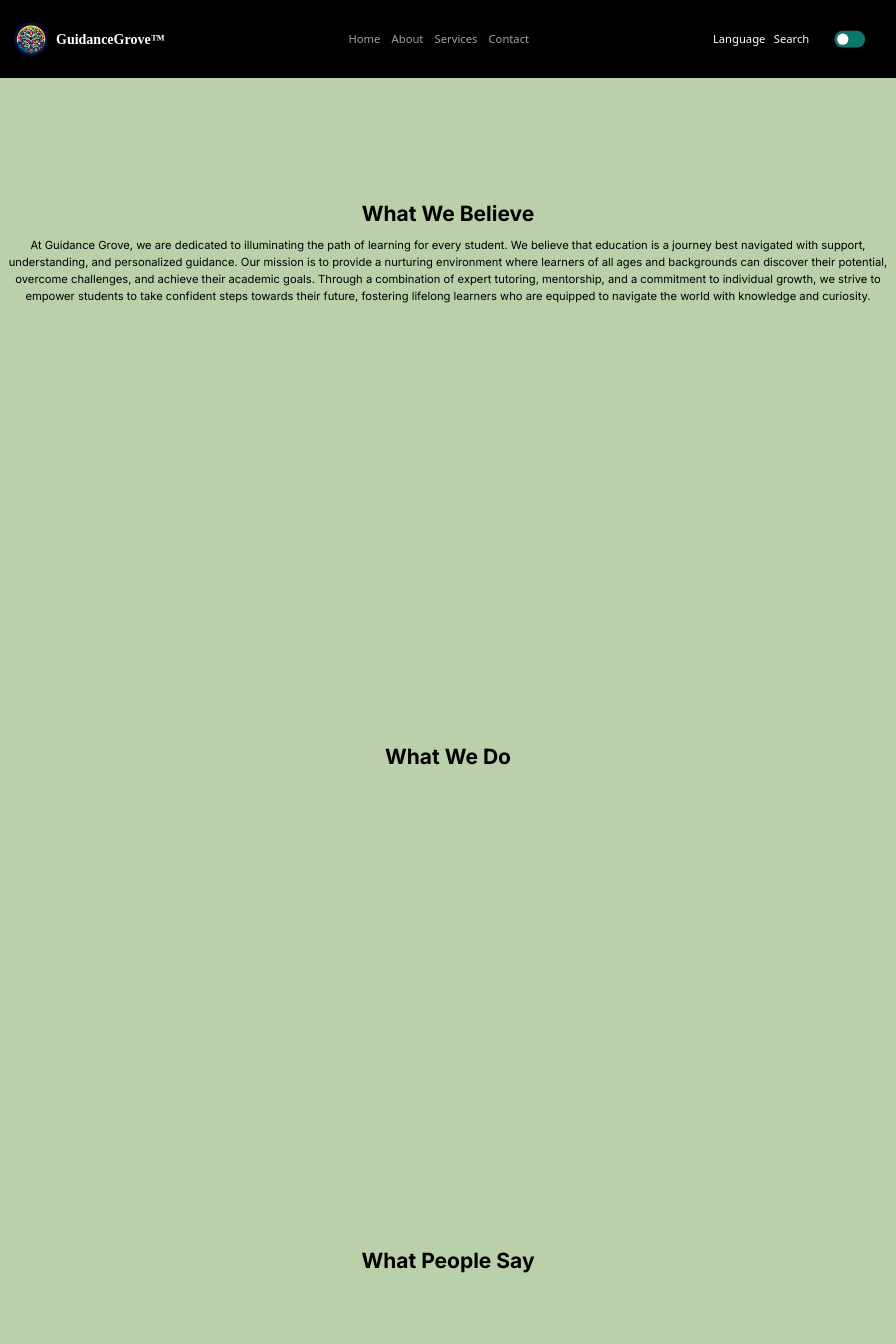
Repository: PositiveGuy/GuidanceGrove
Page: /
These files come from the project's save history. The page is drawn as it stood at one moment and after the next save; the edit follows.
The browser window is 1280 px wide. The pictures show the part of the page from y = 0 to 1920 px (the page is 3874 px tall), at 70% of full size.
The project was rebuilt for these pictures with package versions that can differ from the ones it lists, and the page was loaded fresh each time. The framework's server and built-in components were replaced by stand-ins that run in the browser. Also part of the build but not shown: next.config.js.

Above is the page before, as saved 2023-12-28 12:16:51.

After the next save:
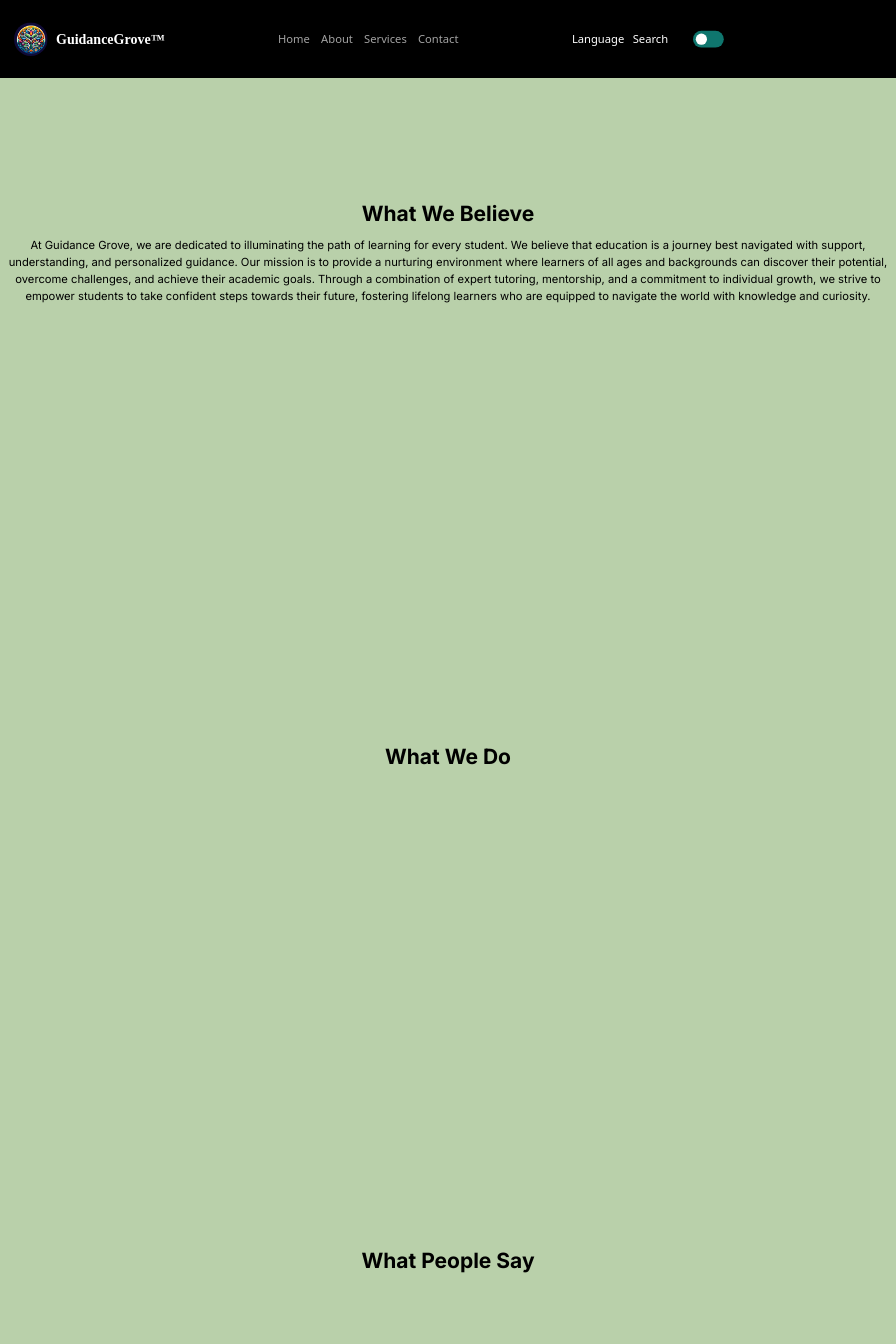
Saved 49 s later.
--- a/src/components/header.tsx
+++ b/src/components/header.tsx
@@ -32,7 +32,7 @@ const Header = () => {
       </div>
 
       {/*Mobile Navbar*/}
-      <div className="md:hidden">
+      <div className=" ">
         <MobileNavigation />
       </div>
     </nav>
